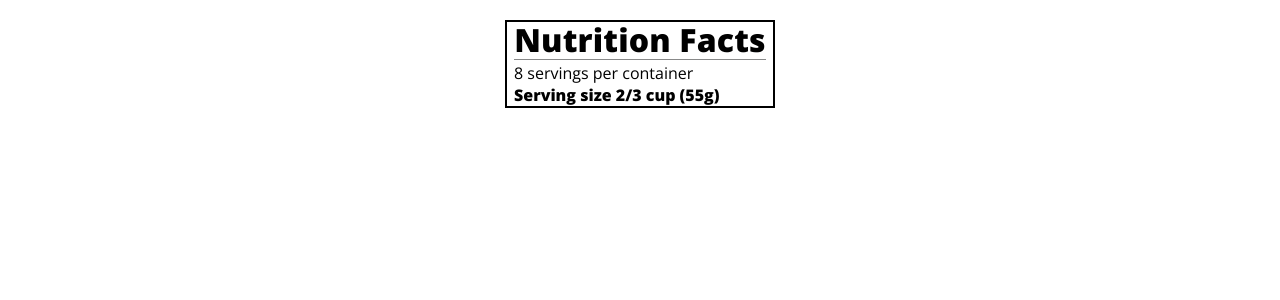
Repository: AimenDje/NutritionLabel
Page: index.html
The author's editor kept a copy of each file at every save. The page is drawn from the files as they stood at one save, then again after the next save.
The browser window is 1280 px wide. The pictures show the whole page.

Above is the page before, as saved 2025-08-27 02:10:34.

### index.html
<!DOCTYPE html>
<html lang="en">

<head>
  <meta charset="UTF-8">
  <title>Nutrition Label</title>
  <link rel="stylesheet" href="https://fonts.googleapis.com/css?family=Open+Sans:400,700,800">
  <link rel="stylesheet" href="styles.css">

</head>

<body>
  <div class="label">
  <h1>Nutrition Facts</h1>
  <div class="divider"> </div>
  <p>8 servings per container</p>
  <p class="bold">Serving size 2/3 cup (55g)</p>
  </div>
</body>
</html>

### styles.css
*{
  box-sizing: border-box;
}

body{
  font-family:"Open Sans", sans-serif;
}

html{
  font-size:16px;
}

.label {
  border: 2px solid black;
  width: 270px;
  margin: 20px auto;
  padding : 0 7px;
}

h1 {
  font-weight: 800;
  text-align: center;
  margin : -4px 0;
  letter-spacing : 0.15px;
}

p{
  margin : 0;
}

.divider{
  border-bottom: 1px solid #888989;
  margin : 2px 0;
}

.bold{
  font-weight: 800;

}

After the next save:
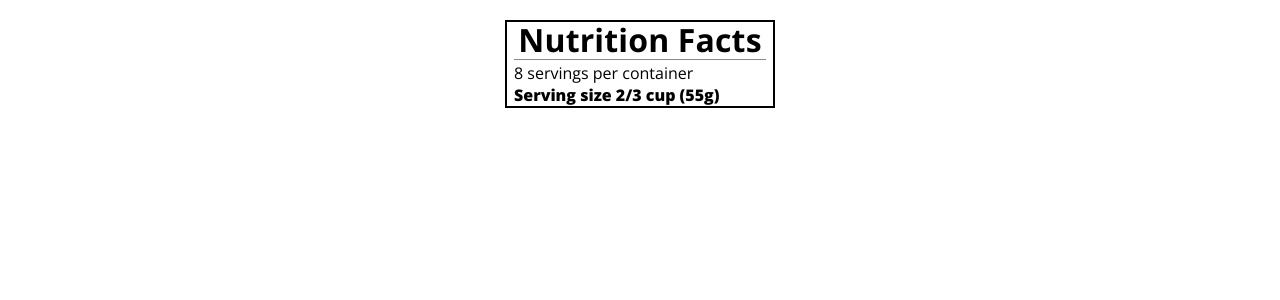
Saved 8 s later.
--- a/styles.css
+++ b/styles.css
@@ -18,7 +18,6 @@ html{
 }
 
 h1 {
-  font-weight: 800;
   text-align: center;
   margin : -4px 0;
   letter-spacing : 0.15px;
@@ -35,5 +34,4 @@ p{
 
 .bold{
   font-weight: 800;
-
 }

After the save that followed:
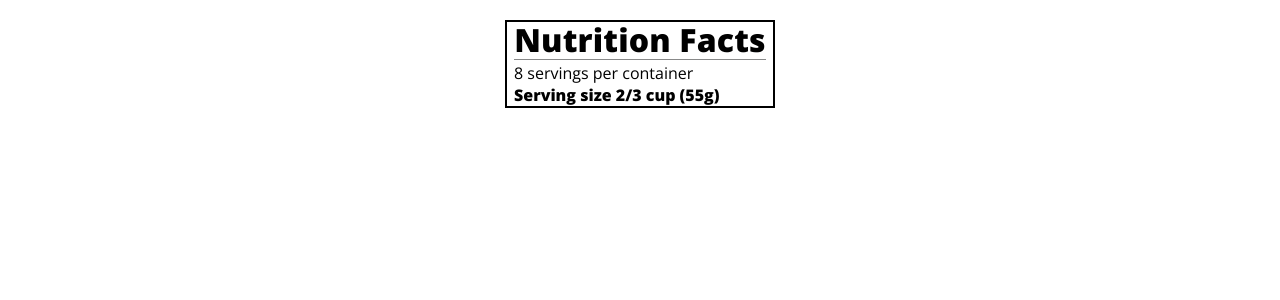
Saved 102 s later.
--- a/index.html
+++ b/index.html
@@ -11,7 +11,7 @@
 
 <body>
   <div class="label">
-  <h1>Nutrition Facts</h1>
+  <h1 class="bold">Nutrition Facts</h1>
   <div class="divider"> </div>
   <p>8 servings per container</p>
   <p class="bold">Serving size 2/3 cup (55g)</p>
